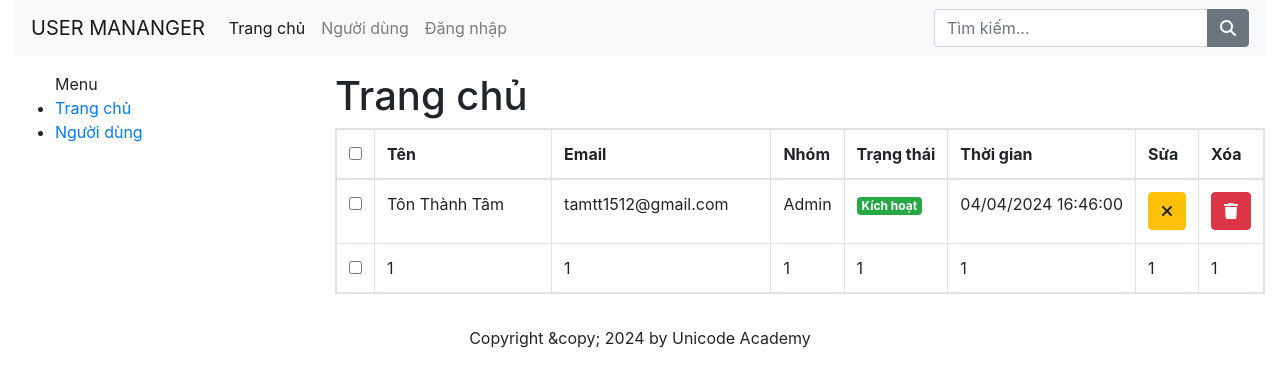
Repository: tam1512/USER_MANAGERMENT_MVC
Page: http://localhost/nguoi-dung
These files come from the project's save history. The page is drawn as it stood at one moment and after the next save; the edit follows.
The browser window is 1280 px wide. The pictures show the whole page.
The page is run by PHP 8.4 with error messages shown; the project is at /var/www/html/. Other server files are loaded and not shown.

Above is the page before, as saved 2024-04-04 16:48:44.

### index.php
<?php
use App\App;
session_start();
require_once 'bootstrap.php';

$app = new App();

### bootstrap.php
<?php
define("_WEB_PATH_ROOT", __DIR__);

//xử lý lấy ra web root
if(!empty($_SERVER['HTTPS']) && $_SERVER['HTTPS']=='on') {
   $protocol = 'https://';
} else {
   $protocol = 'http://';
}

$docRoot =  str_replace('\\','/',$_SERVER['DOCUMENT_ROOT']);
$pathRoot = str_replace('\\','/',_WEB_PATH_ROOT);
$path = preg_replace('~^'.$docRoot.'~', '', $pathRoot);
define("_WEB_HOST_ROOT", $protocol.$_SERVER['HTTP_HOST'].$path);

//load all config
$dataConfig = scandir('configs');
if(!empty($dataConfig)) {
   unset($dataConfig[0]);
   unset($dataConfig[1]);

   foreach($dataConfig as $item) {
      $path = "configs/$item";
      if(file_exists($path)) {
         require_once $path;
      }
   }
}

//load config Database and core database
if(!empty($config['database'])) {
   $config_data = $config['database'];

   if(!empty($config_data)) {
      require_once('core/Connection.php');
      require_once('core/QueryBuilder.php');
      require_once('core/Database.php');
      require_once('core/DB.php');
   }
}

//load all helpers
$dataHelper = scandir('app/helpers');
if(!empty($dataHelper)) {
   unset($dataHelper[0]);
   unset($dataHelper[1]);

   foreach($dataHelper as $item) {
      $path = "app/helpers/$item";
      if(file_exists($path)) {
         require_once $path;
      }
   }
}

//load all services
if(!empty($config['app']['services'])) {
   $allServices = $config['app']['services'];
   if(!empty($allServices)) {
      foreach($allServices as $service) {
         $className = getNameClass($service);
         $path = 'app/core/'.$className.'.php';
         if(file_exists($path)) {
            require_once($path);
      }
   }
}
}


// load core hash
require_once('core/Hash.php');

// load core routes
require_once('core/Routes.php');

//load core session
require_once('core/Session.php');

//load core helper
require_once('core/Helper.php');

//load core request
require_once('core/Request.php');

//load core response
require_once('core/Response.php');

//load core model
require_once('core/Model.php');

//load core template
require_once('core/Template.php');

//load core controller
require_once('core/Controller.php');

//load core load
require_once('core/Load.php');

//load core load
require_once('core/View.php');

//load core load
require_once('core/ServiceProvider.php');

//load core load
require_once('app/core/AppServiceProvider.php');

//load core middlewares
require_once('core/Middlewares.php');

//load all middlewares
$dataMiddlewares = scandir('app/middlewares');
if(!empty($dataMiddlewares)) {
   unset($dataMiddlewares[0]);
   unset($dataMiddlewares[1]);

   foreach($dataMiddlewares as $item) {
      $path = "app/middlewares/$item";
      if(file_exists($path)) {
         require_once $path;
      }
   }
}

//load app
require_once('app/App.php');

### configs/app.php
<?php
use App\Core\AppServiceProvider;
use App\Core\htmlHelper;
use App\Middlewares\AuthMiddleware;
use App\Middlewares\ParamsMiddleware;
$config['app'] = [
   'services' => [
      htmlHelper::class
   ],
   'routeMiddleware' => [
      // 'san-pham' => AuthMiddleware::class
   ],
   'globalMiddleware' => [
      // ParamsMiddleware::class
   ],
   'boot' => [
      AppServiceProvider::class
   ]
   ];

### configs/database.php
<?php
$config['database'] = [
   'host' => 'localhost',
   'user' => 'root',
   'pass' => '',
   'db' => 'mvc_base',
   'dbdriver' => 'mysql'
];

### configs/hash.php
<?php
$config['hash'] = [
   'type' => 'default'
];

### configs/routes.php
<?php
$routes['default_controller'] = 'home';

$routes['trang-chu'] = 'home';
$routes['nguoi-dung'] = 'user';
// $routes['san-pham/(.+)'] = 'product/detail/$1';

### configs/session.php
<?php
$config['session'] = [
   'session_key' => 'unicode_session'
];

### core/Connection.php
<?php
namespace App\Core;
use \PDO;
use \Exception;
use App\App;
class Connection {
   private static $conn;


   private function __construct($config_data) {
      try {
         if (class_exists('PDO')) {
            $dsn = $config_data['dbdriver'] . ':dbname=' . $config_data['db'] . ';host=' . $config_data['host'];

            $options = [
               PDO::MYSQL_ATTR_INIT_COMMAND => 'SET NAMES utf8',
               PDO::ATTR_ERRMODE => PDO::ERRMODE_EXCEPTION //Đẩy lỗi vào ngoại lệ truy vấn
            ];

               self::$conn = new PDO($dsn, $config_data['user'], $config_data['pass'], $options);
         }
      } catch (Exception $e) {
         App::$app->loadError('database', ['message' => $e->getMessage()]);
         exit();
      }
   }


   public static function getInstance($config_data) {
      if(self::$conn == null) {
         new Connection($config_data);
      }
      return self::$conn;
   }
}

### core/Database.php
<?php
namespace App\Core;
use \Exception;
use \PDO;
class Database {
   use QueryBuilder;
   private $__conn = null;
   private $sql = null;
   public function __construct() {
      global $config_data;
      $this->__conn = Connection::getInstance($config_data);
   }

   public function query($sql, $data=[], $statementStatus = false) {
      $this->sql = $sql;
      $query = false;
      // echo $sql;
      try{
         $statement = $this->__conn->prepare($this->sql);
         if(empty($data)) {
            $query = $statement->execute();
         } else {
            $query = $statement->execute($data);
         }
      }catch(Exception $e){
         echo $e->getMessage();
         echo '<br/>';
         echo '<p><b>SQL Query :</b> <i>'.$this->sql.'</i></p>';
         exit();
      }

      if($statementStatus && $query) {
         return $statement;
      }

      return $query;
   }

   private function fetch($sql) {
      $statement = $this->query($sql, [], true);

      if(is_object($statement)) {
         return $statement;
      }
      return false;
   }

   function getRaw($sql) {
      $statement = $this->fetch($sql);

      if(!empty($statement)) {
         return $statement->fetchAll(PDO::FETCH_ASSOC);
      }
      return false;
   }

   function firstRaw($sql) {
      $statement = $this->fetch($sql);

      if(!empty($statement)) {
         return $statement->fetch(PDO::FETCH_ASSOC);
      }
      return false;
   }

   function insertData($table, $dataInsert) {
      $arrKeys = array_keys($dataInsert);
      $fieldStr = implode(', ', $arrKeys);

      $valueStr = ':'.implode(', :', $arrKeys);

      $sql = "INSERT INTO $table($fieldStr) VALUES ($valueStr);";

      return $this->query($sql, $dataInsert);
   }

   function updateData($table, $dataUpdate, $condition) {
      $updateStr = '';
      foreach($dataUpdate as $key => $value) {
         $updateStr .= $key.' = :'.$key . ', ';
      }
      $updateStr = rtrim($updateStr, ', ');

      if(empty($condition)) {
         $sql = "UPDATE $table SET $updateStr";
      } else {
         $sql = "UPDATE $table SET $updateStr WHERE $condition";
      }
      return $this->query($sql, $dataUpdate);
   }
   function deleteData($table, $condition = '') {
      $sql = '';
      if(empty($condition)) {
         $sql = "DELETE FROM $table";
      } else {
         $sql = "DELETE FROM $table WHERE $condition";
      }

      return $this->query($sql);
   }

   // Lấy ra số dòng truy vấn
   function getRows($sql) {
      $statement = $this->fetch($sql);
      if(!empty($statement)) {
         return $statement->rowCount();
      }
      return false;
   }

   // Lấy ra id vừa insert
   function lastInsertId() {
      return $this->__conn->lastInsertId();
   }

   function getPdo() {
      return $this->__conn;
   }
}

### core/DB.php
<?php
namespace App\Core;
class DB {
   public $db = null;

   public function __construct() {
      $this->db = new Database();
   }
}

### app/helpers/functions.php
<?php
   function getNameClass($namespace) {
      if(preg_match('~\\\~', $namespace)) {
         $namespaceArr = explode('\\', $namespace);
         $className = end($namespaceArr);
      } else {
         $className = $namespace;
      }
      return $className;
   }

### app/core/htmlHelper.php
<?php
namespace App\Core;
class htmlHelper {
   static function openForm($method='get', $action ='') {
      echo '<form method="'.$method.'" action="'.$action.'">';
   }
   static function closeForm() {
      echo '</form>';
   }

   static function input($before='', $after='', $type='text', $name, $value='', $class='', $id='', $placeholder='') {
      echo $before.'<input type="'.$type.'" class="'.$class.'" id="'.$id.'" name="'.$name.'" value ="'.$value.'" placeholder="'.$placeholder.'">'.$after;
   }

   static function button($before="", $after='', $type='button', $class='', $id='', $content, $name='') {
      echo $before.'<button type="'.$type.'" class="'.$class.'" id="'.$id.'" name="'.$name.'">'.$content.'</button>'.$after;
   }
}

### core/Hash.php
<?php
namespace App\Core;
class Hash {
   public static function make($password) {
      global $config;

      $algo = [
         'default' => PASSWORD_DEFAULT,
         'bcrypt' => PASSWORD_BCRYPT,
         'argon2i' => PASSWORD_ARGON2I,
         'argon2id' => PASSWORD_ARGON2ID
      ];

      if(!empty($config['hash'])) {
         $configHash = $config['hash'];
         $type = $configHash['type'] ?? null;

         if(!empty($algo[$type])) {
            return password_hash($password, $algo[$type]);
         }

      }
      return false;
   }

   public static function check($password, $hash) {
      return password_verify($password, $hash);
   }
}

### core/Routes.php
<?php
namespace App\Core;
class Routes {
   private $__routeKey;
   public function handleRoutes($url) {
      global $routes;
      unset($routes['default_controller']);
      $urlHandle = trim($url, '/');
      if(!empty($routes)) {
         foreach($routes as $key=>$value) {
            if(preg_match('~^'.$key.'$~is', $urlHandle)) {
               $urlHandle = preg_replace('~^'.$key.'$~is', $value, $urlHandle);
               $this->__routeKey = $key;
            }
         }
      }
      return $urlHandle;
   }

   public function getRouteKey() {
      return $this->__routeKey;
   }
}

### core/Session.php
<?php
namespace App\Core;
use App\App;
class Session {
   public static function data($key='', $value='') {
      $sessionKey = self::isInvalid();

      if(!empty($sessionKey)) {
         if(!empty($key)) {
            if(!empty($value)) {
               $_SESSION[$sessionKey][$key] = $value;
               return true;
            } else {
               if(isset($_SESSION[$sessionKey][$key]))
               return $_SESSION[$sessionKey][$key];
            }
         } else {
            if(isset($_SESSION[$sessionKey]))
            return $_SESSION[$sessionKey];
         }
      }
      return false;
   }

   public static function delete($key='') {
      $sessionKey = self::isInvalid();
      if(!empty($sessionKey)) {
         if(!empty($key)) {
            unset($_SESSION[$sessionKey][$key]);
            return true;
         } else {
            unset($_SESSION[$sessionKey]);
            return true;
         }
      }
      return false;
   }

//tạo => tương tự data, gọi => tự động xóa
   public static function flash($key='', $value='') {
      $flashData = self::data($key, $value);
      if(empty($value)) {
         self::delete($key);
         return $flashData;
      }
   }

   static public function showErrors($message) {
      $data = ['message' => $message];
      App::$app->loadError('exception', $data);
      die();
   }

   static public function isInvalid() {
      global $config;
      if(!empty($config['session'])) {
         $sessionConfig = $config['session'];
         if(!empty($sessionConfig['session_key'])) {
            $sessionKey = $sessionConfig['session_key'];
            return $sessionKey;
         } else {
            self::showErrors('Thiếu cấu hình session_key. Vui lòng kiểm tra file configs/session.php');
         }
      } else {
         self::showErrors('Thiếu cấu hình session_key. Vui lòng kiểm tra file configs/session.php');
      }
      return false;
   }
}

### core/Helper.php
<?php
use App\core\Session;
$errors = Session::flash('errors');
$old = Session::flash('old');

if(!function_exists('form_error')) {
   function form_error($fieldName, $before='', $after='') {
      global $errors;
      if(!empty($errors[$fieldName])) {
         return $before.'<i>'.$errors[$fieldName].'</i>'.$after;
      }
      return false;
   }
}

if(!function_exists('old')) {
   function old($fieldName, $default = '') {
      global $old;
      if(!empty($old[$fieldName])) {
         return $old[$fieldName];
      }
      return $default;
   }
}

### core/Response.php
<?php
namespace App\Core;
class Response {
   public function redirect($uri = '') {
      if(preg_match('~~^http|https~', $uri)) {
         $url = $uri;
      } else {
         $url = _WEB_HOST_ROOT.'/'.$uri;
      }
      header('Location: '.$url);
      exit();
   }
}

### core/Model.php
<?php
namespace App\Core;
abstract class Model extends Database{
   protected $db;
   public function __construct() {
      $this->db = new Database();
   }

   abstract function tableFill();
   abstract function fieldFill();
   abstract function primaryKey();

   function all($condition = '') {
      $table = $this->tableFill();
      $field = $this->fieldFill();
      if(empty($field)) {
         $field = '*';
      }
      if(empty($condition)) {
         $query = "SELECT $field FROM $table";
      } else {
         $query = "SELECT $field FROM $table WHERE $condition";
      }

      $data = $this->db->getRaw($query);

      return $data;
   }

   function find($id) {
      $table = $this->tableFill();
      $field = $this->fieldFill();
      $primaryKey = $this->primaryKey();
      if(empty($field)) {
         $field = '*';
      }
      $query = "SELECT $field FROM $table WHERE $primaryKey = $id";

      $data = $this->db->firstRaw($query);

      return $data;
   }
}

### core/Controller.php
<?php
namespace App\Core;
class Controller {
   public $db = null;
   public function model($model) {
      $path = _WEB_PATH_ROOT.'\app\models\\'.$model.'.php';
      if(file_exists($path)) {
         require_once $path;

         $nameClass = 'App\Models\\'.$model;
         if(class_exists($nameClass)) {
            $model = new $nameClass();
            return $model;
         }

      }
      return false;
   }

   public function render($view, $data = []) {
      if(!empty(View::$dataShare)) {
         $data = array_merge($data, View::$dataShare);
      }
      $path = _WEB_PATH_ROOT."\app\\views\\".$view.".php";
      if(preg_match('~^layout~', $view)) {
         if(file_exists($path)) {
            extract($data);
            require_once($path);
         }
      } else {
         if(file_exists($path)) {
            $contentView = file_get_contents($path);
            $template = new Template();
            $template->run($contentView, $data);
         }
      }
   }
}

?>

### core/Load.php
<?php
namespace App\Core;
class Load {
   public static function model($model) {
      $path = _WEB_PATH_ROOT.'\app\models\\'.$model.'.php';
      if(file_exists($path)) {
         require_once $path;

         $nameClass = 'App\Models\\'.$model;
         if(class_exists($nameClass)) {
            $model = new $nameClass();
            return $model;
         }

      }
      return false;
   }

   public static function render($view, $data = []) {
      extract($data);
      $path = _WEB_PATH_ROOT."\app\\views\\".$view.".php";
      if(file_exists($path)) {
         require_once($path);
      }
   }
}

?>

### core/View.php
<?php
namespace App\Core;
abstract class View {
   static $dataShare = [];
   static function share($data) {
      self::$dataShare = $data;
   }
}

### core/ServiceProvider.php
<?php
namespace App\Core;
abstract class ServiceProvider {
   public $db;
   abstract function boot();
}

### app/core/AppServiceProvider.php
<?php
namespace App\Core;
class AppServiceProvider extends ServiceProvider {
   public function boot() {
      // $data['userInfo'] = $this->db->table('users')->where('id', '=', 1)->first();
      // $data['copyright'] = 'Copyright (c) 2024';
      // View::share($data);
   }
}

### core/Middlewares.php
<?php
namespace App\Core;
abstract class Middlewares {
   public $db;
   abstract function handle();
}

### app/middlewares/AuthMiddleware.php
<?php
namespace App\Middlewares;
use App\Core\{Middlewares, Session, Response};

class AuthMiddleware extends Middlewares {

   public function handle() {
      // if(empty(Session::data('login_admin'))) {
      //    $response = new Response();
      //    $response->redirect('trang-chu');
      // }
   }
}

### app/middlewares/GuestMiddleware.php
<?php
namespace App\Middlewares;
use App\Core\{Middlewares, Session, Response};
use App\App;

class GuestMiddleware extends Middlewares {

   public function handle() {
      $path = trim(App::$app->getUrl(), '/');
      $include = [
         'dang-nhap',
         'dang-ky'
      ];
      if(in_array($path, $include) && Session::data('user_login')) {
         $response = new Response();
         $response->redirect('');
      }
   }
}

### app/middlewares/LoginMiddleware.php
<?php
namespace App\Middlewares;
use App\Core\{Middlewares, Session, Response};

class LoginMiddleware extends Middlewares {

   public function handle() {
   //todo
   }
}

### app/middlewares/ParamsMiddleware.php
<?php
namespace App\Middlewares;
use App\Core\{Middlewares, Response};
use App\App;
class ParamsMiddleware extends Middlewares {
   public function handle() {
      // if(!empty($_SERVER['QUERY_STRING'])) {
      //    $response = new Response();
      //    $response->redirect(trim(App::$app->getUrl(), '/'));
      // }
   }
}

### app/controllers/Home.php
<?php
namespace App\Controllers;
use App\Core\{Controller, Request, Response, Session, View};
class Home extends Controller {
   private $model, $data = [];
   public function __construct() {
      $this->model = $this->model("Home");
   }
   public function index() {
      $this->data = [
         'header_content' => [
            'title' => 'Trang chủ'
         ],
         'footer_content' => [
            'copyright' => 'Copyright &copy; 2024 by Unicode Academy'
         ],
         'content' => 'user/index',
         'sub_content' => [
            'title' => 'Trang chủ'
         ]
      ];
      $this->render('layouts/layout', $this->data);
   }
}

### app/models/Home.php
<?php
namespace App\Models;
use App\Core\Model;
class Home extends Model{
   private $table = 'products';

   function tableFill() {
      return 'users';
   }

   function fieldFill() {
      return 'id, fullname';
   }

   function primaryKey() {
      return 'id';
   }
   public function index() {
      $data = [
         'fullname' => 'Thanh Tam',
         'email' => 'thanh.tam@gmail.com',
         'password' => '123456789'
      ];
      return $this->db->table('users')->count();
   }
   public function getList() {
      $data = [
         'sp1',
         'sp2',
         'sp3',
         'sp4',
      ];
      return $data;
   }
}

### app/views/layouts/layout.php
<?php
   $this->render('blocks\clients\header', $header_content);
   $this->render('blocks\clients\sidebar');
   $this->render($content, $sub_content);
   $this->render('blocks\clients\footer', $footer_content);
?>

### app/views/blocks/clients/header.php
<!DOCTYPE html>
<html lang="en">
<head>
   <meta charset="UTF-8">
   <meta name="viewport" content="width=device-width, initial-scale=1.0">
   <title>{{$title}}</title>
   <link rel="stylesheet" href="https://cdnjs.cloudflare.com/ajax/libs/font-awesome/6.5.1/css/all.min.css"/>
   <link rel="stylesheet" href="https://cdn.jsdelivr.net/npm/bootstrap@4.6.2/dist/css/bootstrap.min.css">
   <link rel="stylesheet" href="{{_WEB_HOST_ROOT}}/public/assets/clients/css/style.css">
</head>
<body>
   <div class="container-fluid">
      <header>
         <nav class="navbar navbar-expand-lg navbar-light bg-light">
            <a href="{{_WEB_HOST_ROOT}}" class="navbar-brand">USER MANANGER</a>
            <button class="navbar-toggler" type="button" data-toggle="collapse" data-target="#navbar">
               <span class="navbar-toggle-icon"></span>
            </button>
            <div class="collapse navbar-collapse" id="navbar">
               <ul class="navbar-nav mr-auto">
                  <li class="nav-item active">
                     <a href="{{_WEB_HOST_ROOT}}" class="nav-link">Trang chủ</a>
                  </li>
                  <li class="nav-item">
                     <a href="{{_WEB_HOST_ROOT}}/nguoi-dung" class="nav-link">Người dùng</a>
                  </li>
                  <li class="nav-item">
                     <a href="{{_WEB_HOST_ROOT}}/auth/login" class="nav-link">Đăng nhập</a>
                  </li>
               </ul>
               <form action="">
                  <div class="form-inline my-2 my-lg-0">
                     <div class="input-group">
                        <input type="text" class="form-control" placeholder="Tìm kiếm...">
                        <div class="input-group-append">
                           <button class="btn btn-secondary" type="submit">
                           <i class="fa fa-search"></i>
                           </button>
                        </div>
                     </div>
                  </div>
               </form>
            </div>
         </nav>
      </header>
      <main class="py-3">

### app/views/blocks/clients/sidebar.php
<div class="row">
   <div class="col-3">
      <ul class="d-flex flex-column"> Menu
         <li><a href="{{_WEB_HOST_ROOT}}">Trang chủ</a></li>
         <li><a href="{{_WEB_HOST_ROOT}}/nguoi-dung">Người dùng</a></li>
      </ul>
   </div>

### app/views/user/index.php
<div class="col-9">
   <h1>{{$title}}</h1>
   <table class="table table-bordered table-responsive">
      <thead>
         <tr>
            <th><input type="checkbox" name="chooseUser" id="checkAllUser"></th>
            <th width="50%">Tên</th>
            <th width="50%">Email</th>
            <th>Nhóm</th>
            <th>Trạng thái</th>
            <th>Thời gian</th>
            <th>Sửa</th>
            <th>Xóa</th>
         </tr>
      </thead>
      <tbody>
         <tr>
            <td><input type="checkbox" name="" id=""></td>
            <td>Tôn Thành Tâm</td>
            <td>tamtt1512@gmail.com</td>
            <td>Admin</td>
            <td><p class="badge badge-success">Kích hoạt</p></td>
            <td>04/04/2024 16:46:00</td>
            <td><a href="#" class="btn btn-warning"><i class="fa fa-times"></i></a></td>
            <td><a href="#" class="btn btn-danger"><i class="fa fa-trash"></i></a></td>
         </tr>
         <tr>
            <td><input type="checkbox" name="" id=""></td>
            <td>1</td>
            <td>1</td>
            <td>1</td>
            <td>1</td>
            <td>1</td>
            <td>1</td>
            <td>1</td>
         </tr>
      </tbody>
   </table>
</div>

### app/views/blocks/clients/footer.php

      </main>
      <footer>
         <p class="text-center">{{$copyright}}</p>
      </footer>
   </div>
   <script src="https://cdn.jsdelivr.net/npm/jquery@3.5.1/dist/jquery.slim.min.js"></script>
   <script src="https://cdn.jsdelivr.net/npm/bootstrap@4.6.2/dist/js/bootstrap.bundle.min.js"></script>
   <script src="{{_WEB_HOST_ROOT}}/public/assets/clients/js/app.js"></script>
</body>
</html>

### public/assets/clients/css/style.css
td, th {
   white-space: nowrap;
}

Loaded but not shown: public/assets/clients/js/app.js (1 lines, source omitted); core/Request.php (176 lines, source omitted); app/App.php (184 lines, source omitted); core/Template.php (140 lines, source omitted); core/QueryBuilder.php (131 lines, source omitted)

After the next save:
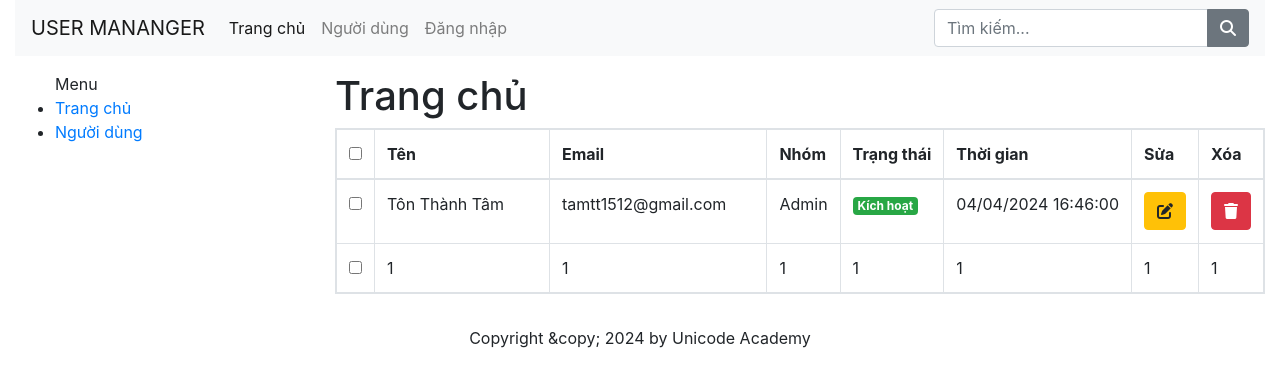
Saved 63 s later.
--- a/app/views/user/index.php
+++ b/app/views/user/index.php
@@ -21,8 +21,8 @@
             <td>Admin</td>
             <td><p class="badge badge-success">Kích hoạt</p></td>
             <td>04/04/2024 16:46:00</td>
-            <td><a href="#" class="btn btn-warning"><i class="fa fa-times"></i></a></td>
-            <td><a href="#" class="btn btn-danger"><i class="fa fa-trash"></i></a></td>
+            <td><a href="#" class="btn btn-warning"><i class="fa-solid fa-pen-to-square"></i></a></td>
+            <td><a href="#" class="btn btn-danger"><i class="fa-solid fa-trash"></i></a></td>
          </tr>
          <tr>
             <td><input type="checkbox" name="" id=""></td>
